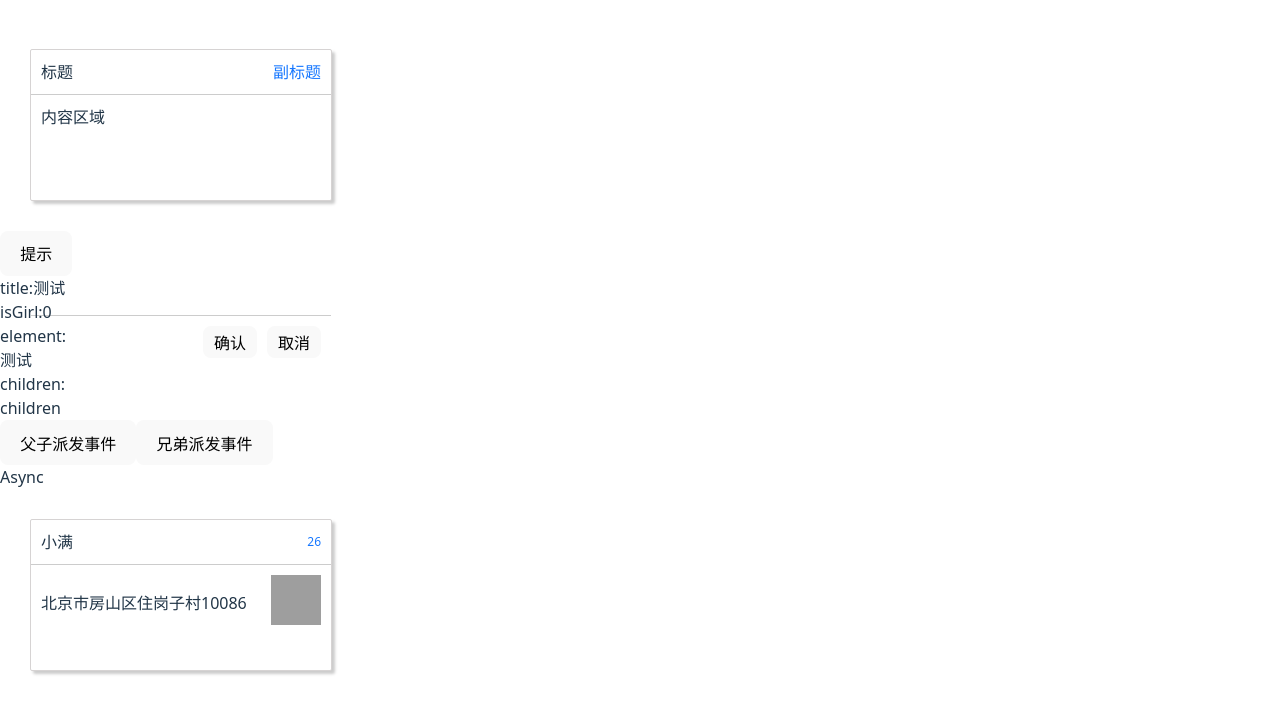
Repository: EDMZJJJ/learn-react
Page: /
These files come from the project's save history. The page is drawn as it stood at one moment and after the next save; the edit follows.
The browser window is 1280 px wide. The pictures show the whole page.
Pictures or frames that could not be fetched are drawn as grey boxes. The project was rebuilt for these pictures with package versions that can differ from the ones it lists, and the page was loaded fresh each time. Also part of the build but not shown: vite.config.ts, src/components/Skeleton/index.css, src/components/Message/index.css, src/components/Message/index.tsx.

Above is the page before, as saved 2026-03-11 13:53:21.

### index.html
<!doctype html>
<html lang="en">
  <head>
    <meta charset="UTF-8" />
    <link rel="icon" type="image/svg+xml" href="/vite.svg" />
    <meta name="viewport" content="width=device-width, initial-scale=1.0" />
    <title>learn-react</title>
  </head>
  <body>
    <div id="root"></div>
    <script type="module" src="/src/main.tsx"></script>
  </body>
</html>

### src/main.tsx
import { StrictMode } from 'react'
import { createRoot } from 'react-dom/client'
import './index.css'
import App from './App.tsx'
import './components/Message/index.tsx'
createRoot(document.getElementById('root')!).render(
  <StrictMode>
    <App />
  </StrictMode>,
)

### src/App.tsx
import React, { Component, lazy, Suspense } from "react"
import Card from "./components/Card"
import Test from "./components/Test"
const AsyncComponent=lazy(()=>import('./components/Async')) // 使用lazy进行异步加载组件
import NewCard from './components/NewCard'
import { Skeleton } from "./components/Skeleton"


enum Role {
  ADMIN='admin',
  USER='user'
}
const withAuthorrization=(role:Role)=>(Component:React.FC)=>{
  const isAuth=(role:Role)=>{
    return  role===Role.ADMIN
  }
  return (props:any)=>{
    if(isAuth(role)){
      return <Component {...props} />
    }else{
      return <div>没有权限访问</div>
    }
  }
}
const AdminComponent=withAuthorrization(Role.ADMIN)(()=>{
  return <div>管理员页面</div>
})
const UserComponet=withAuthorrization(Role.USER)(()=>{
  return <div>用户页面</div>
})
const App: React.FC = () =>  {
  //所有hook都必须在组件的最顶层调用，不能在循环或条件语句中调用它。
  const fn = (params:string)=>{
    console.log('子组件触发了 父组件的事件',params)
  }
  return (
    <>
      <Card></Card>
      {/* 全局组件 */}
      <button onClick={() => window.onShow()}>提示</button>

      {/* 组件通信 */}
      <Test
        title={'测试'}
        id={1}
        obj={{ a: 1, b: 2 }}
        arr={[1, 2, 3]}
        cb={(a: number, b: number) => a + b}
        empty={null}
        element={<div>测试</div>}
        isGirl={false}
        callback={fn}
      >
        <div>children</div>
      </Test>

      {/* 异步组件 */}
      {/* 使用Suspense包裹异步组件，fallback指定加载过程中的占位组件 */}
      <Suspense fallback={<div>loading</div>}>
        <AsyncComponent />
      </Suspense>

      <Suspense fallback={<Skeleton></Skeleton>}>
        <NewCard></NewCard>
      </Suspense>
    </>
  )
}

export default App

### src/components/Card/index.tsx
import './index.css'

export default function Card() {
  //接受参数
    window.addEventListener('on-card', (e) => {
        console.log(e.params, '兄弟触发了')
    })

    return (
        <div className='card'>
            <header>
                <div>标题</div>
                <div>副标题</div>
            </header>
            <main>
                内容区域
            </main>
            <footer>
                 <button>确认</button>
                 <button>取消</button>
            </footer>
        </div>
    )
}

### src/components/Test/index.tsx
import type { JSX } from "react"
import React from "react"
interface Props {
    title?: string
    id: number
    obj: {
        a: number
        b: number
    }
    arr: number[]
    cb: (a: number, b: number) => number
    empty: null
    element: JSX.Element,
    isGirl:boolean,
    children?:React.ReactNode, //在之前的版本children是不需要手动定义的，在18之后改为需要手动定义类型
    callback:(params: string) => void
}
// 第二种默认值的方式
// const defaultProps: Partial<Props> = {
//     title: '默认标题',
// }
// const Test:React.FC<Props> = (props)=>{
// const { title } = { ...defaultProps, ...props }
//   console.log(props)
//   return (
//     <>
//     <div>title:{title}</div>
//     <div>isGirl:{props.isGirl?1:0}</div>
//     <div>子组件test:{props.element}</div>
//     </>
//   )
// }

// React.FC是函数式组件，是在TS使用的一个范型。FC是Function Component的缩写
// React.FC 帮助我们自动推导Props的类型。

// 第一种默认值的方式
const Test:React.FC<Props> = ({title = '默认标题',...props})=>{
  console.log(props)

  // 兄弟通信
  const event= new Event('on-card') //添加到事件中心
  const clickTap=()=>{
    console.log(event);
    event.params={name:'我见过龙'}
    window.dispatchEvent(event)

  }

  return (
    <>
    <div>title:{title}</div>
    <div>isGirl:{props.isGirl?1:0}</div>
    <div>element:{props.element}</div>
    <div>children:{props.children}</div>
    <button onClick={() => props.callback('我见过龙')}>父子派发事件</button>
    <button onClick={clickTap}>兄弟派发事件</button>
    </>
  )
}

//扩充event类型
declare global {
    interface Event {
        params: any
    }
}
export default Test

### src/components/NewCard/index.tsx

import { use } from 'react'
import './index.css'
interface Data {
   name: string
   age: number
   address: string
   avatar: string
}
const sleep=(ms:number)=>{
  return new Promise(resolve=>{
    setTimeout(()=>{resolve('')},ms)
  })
}
const getData=async ()=>{
  await sleep(2000) //等待2秒
  return await fetch('/data.json').then(res=>res.json()) as {data:Data}
}
const dataPromise = getData();
const NewCard: React.FC = () => {
  // 使用了use获取Promise返回的数据
 const { data } = use(dataPromise)
   return <div className="card">
      <header className="card-header">
         <div className="card-name">{data.name}</div>
         <div className="card-age">{data.age}</div>
      </header>
      <section className="card-content">
         <div className="card-address">{data.address}</div>
         <div className="card-avatar">
            <img width={50} height={50} src={data.avatar} alt="" />
         </div>
      </section>
   </div>;
};

export default NewCard;

### src/components/Skeleton/index.tsx
import './index.css'
export const Skeleton = () => {
    return <div className="skeleton">
        <header className="skeleton-header">
            <div className="skeleton-name"></div>
            <div className="skeleton-age"></div>
        </header>
        <section className="skeleton-content">
            <div className="skeleton-address"></div>
            <div className="skeleton-avatar"></div>
        </section>
    </div>
}

### src/components/Async/index.tsx
export const AsyncComponent=()=>{
  return <div>Async</div>
}

export default AsyncComponent

### src/components/Card/index.css
.card {
  background: white;
  border-radius: 5px;
  border: 1px solid #ccc;
  width: 500px;
  box-shadow: 3px 3px 3px #ccc;

  header {
    display: flex;
    justify-content: space-between;
    align-items: center;
    border-bottom: 1px solid #ccc;
    padding: 10px;

    div:last-child {
      color: #1677ff;
    }
  }

  main {
    min-height: 200px;
    border-bottom: 1px solid #ccc;
    padding: 10px;
  }
  footer {
    display: flex;
    justify-content: flex-end;
    align-items: center;
    padding: 10px;
    button {
      margin-left: 10px;
      padding: 3px 10px;
    }
  }
}

### src/components/NewCard/index.css
.card {
  width: 300px;
  height: 150px;
  border: 1px solid #d6d3d3;
  margin: 30px;
  border-radius: 2px;
}

.card-header {
  display: flex;
  justify-content: space-between;
  align-items: center;
  border-bottom: 1px solid #d6d3d3;
  padding: 10px;
}

.card-age {
  font-size: 12px;
  color: #999;
}

.card-content {
  display: flex;
  justify-content: space-between;
  align-items: center;
  padding: 10px;
}

### public/data.json
{
  "data": {
    "id": 1,
    "address": "北京市房山区住岗子村10086",
    "name": "小满",
    "age": 26,
    "avatar": "https://api.dicebear.com/7.x/avataaars/svg?seed=小满"
  }
}

Loaded but not shown: src/index.css (common file)

After the next save:
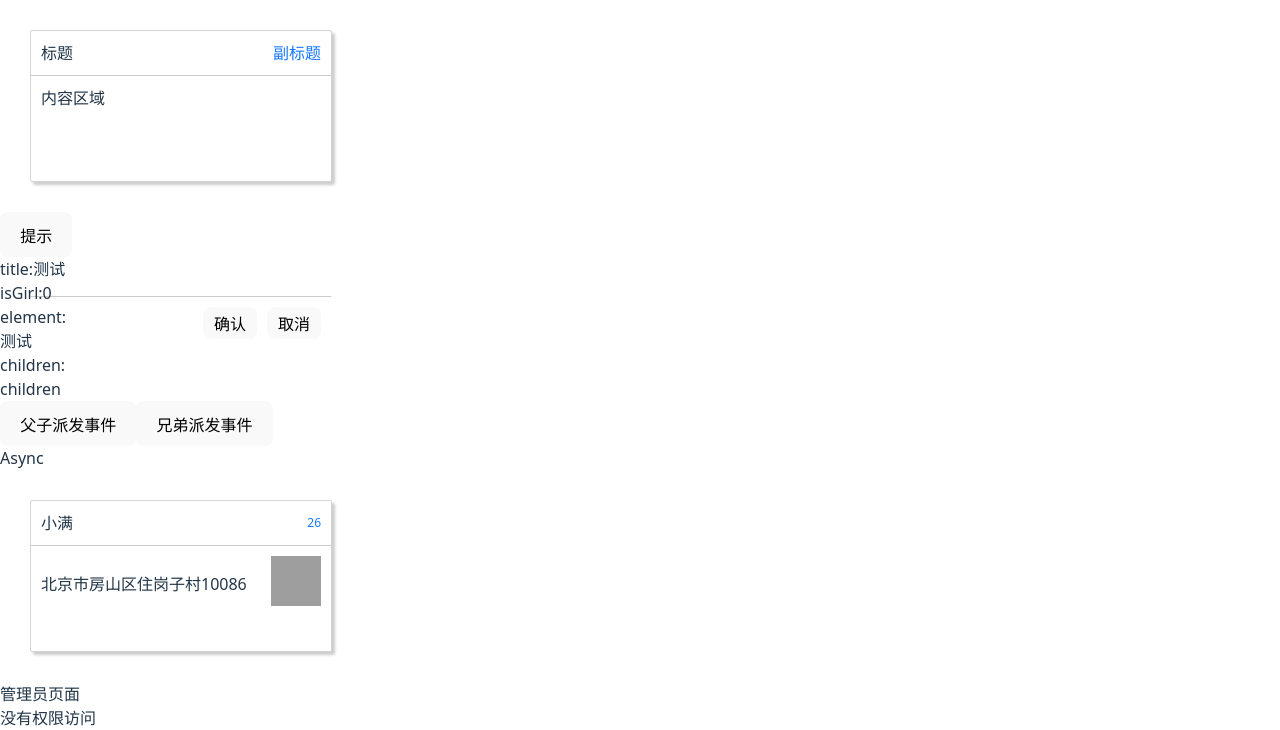
Saved 47 s later.
--- a/src/App.tsx
+++ b/src/App.tsx
@@ -63,6 +63,10 @@ const App: React.FC = () =>  {
       <Suspense fallback={<Skeleton></Skeleton>}>
         <NewCard></NewCard>
       </Suspense>
+
+      {/* 高阶组件 */}
+      <AdminComponent a="1"/>
+      <UserComponet a="1"/>
     </>
   )
 }
